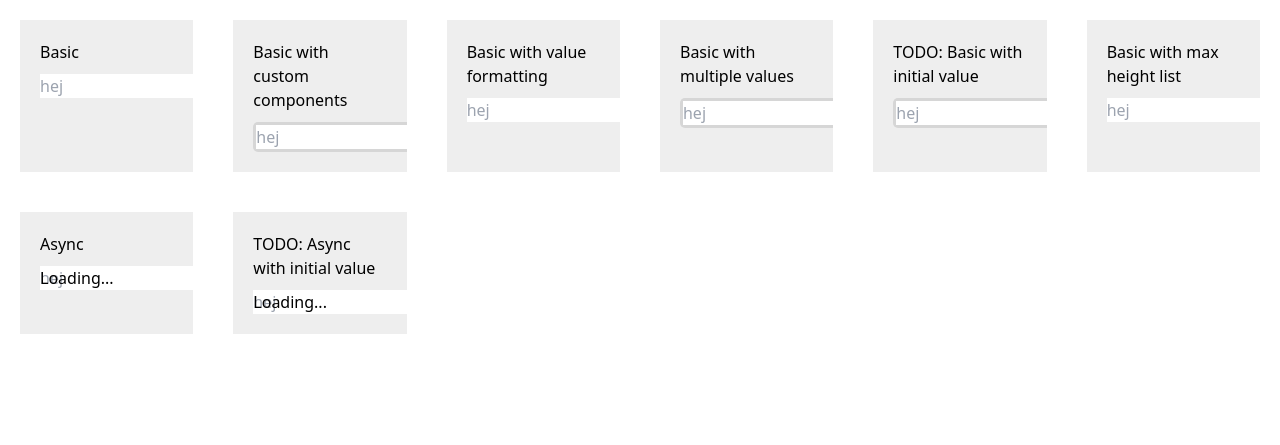
Repository: Frexity/frx-react
Page: / (app in ui/react-select/)
The author's editor kept a copy of each file at every save. The page is drawn from the files as they stood at one save, then again after the next save.
The browser window is 1280 px wide. The pictures show the whole page.
The page's requests for data from a server got no answer. Some web libraries are served in a nearby version. The project was rebuilt for these pictures with package versions that can differ from the ones it lists, and the page was loaded fresh each time. No one was signed in, and anything a server would have sent is missing. Also part of the build but not shown: ui/react-select/vite.config.ts, ui/react-select/src/CustomSelectComponents/ListLoadingIndicator.tsx, ui/react-select/src/dummy-components/ListLoadingIndicator.tsx.

Above is the page before, as saved 2022-08-21 00:25:26.

After the next save:
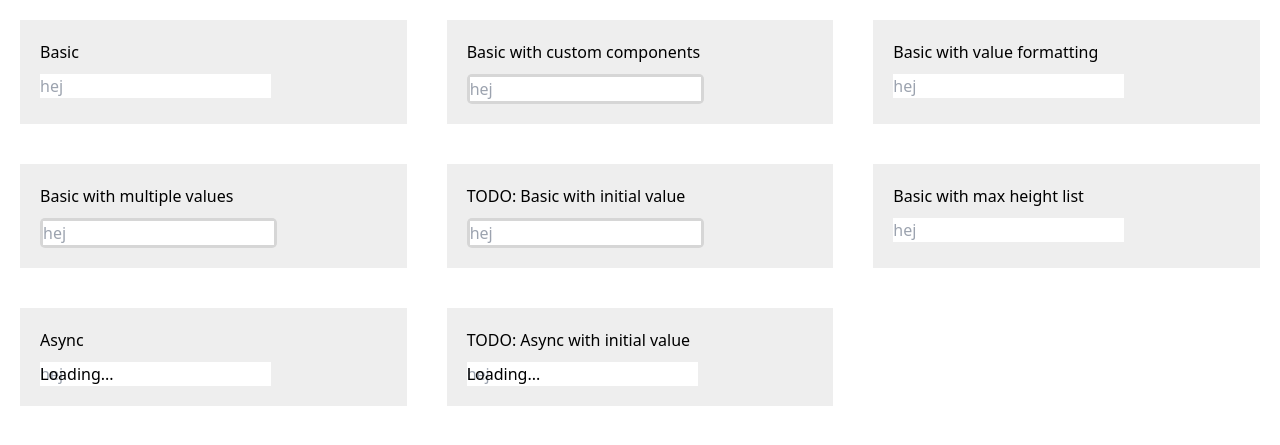
Saved 4 s later.
--- a/ui/react-select/src/styles.css
+++ b/ui/react-select/src/styles.css
@@ -24,5 +24,5 @@ h3 {
 
 .cards {
   display: grid;
-  grid-template-columns: repeat(auto-fill, minmax(200px, 1fr));
+  grid-template-columns: repeat(auto-fill, minmax(400px, 1fr));
 }
